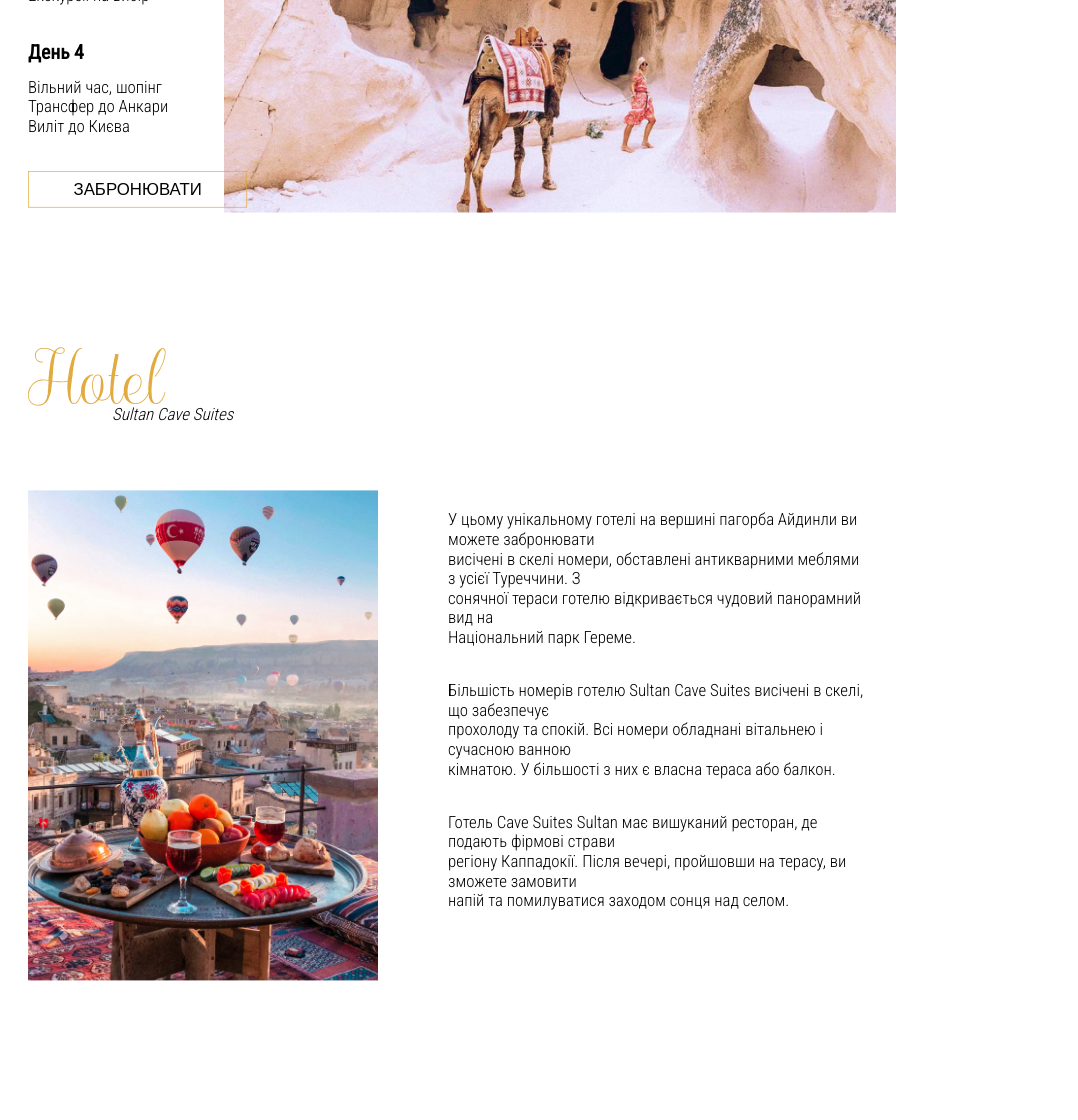
Repository: KYUUBI-K/cappadocia
Page: index.html
An editor plug-in stored every save of this project. The page is shown before and after the next save, followed by the edit.
The browser window is 1280 px wide. The page is 1540 px wide, so the pictures cover 1540 px, including what lies to the right of the window. The pictures show the part of the page from y = 2832 to 4432 px (the page is 4432 px tall), at 70% of full size.

Above is the page before, as saved 2025-08-21 18:36:12.

After the next save:
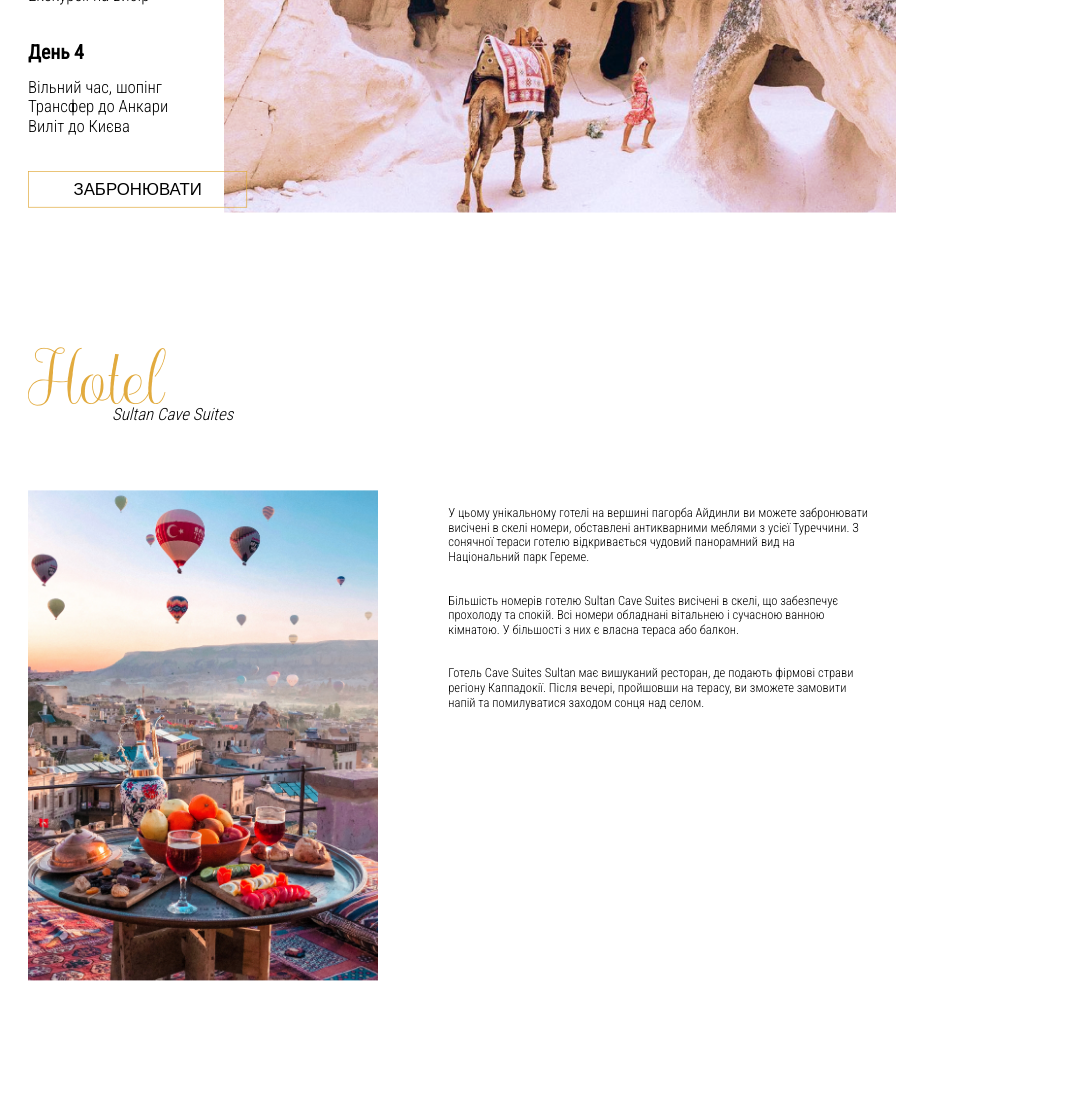
Saved 98 s later.
--- a/styles.css
+++ b/styles.css
@@ -251,7 +251,7 @@ body {
   margin-bottom: 20px;
   white-space: pre-line;
   font-family: var(--font-family-base);
-  font-size: 24px;
+  font-size: 18px;
   font-weight: 300;
 }
 .hotel-img {
